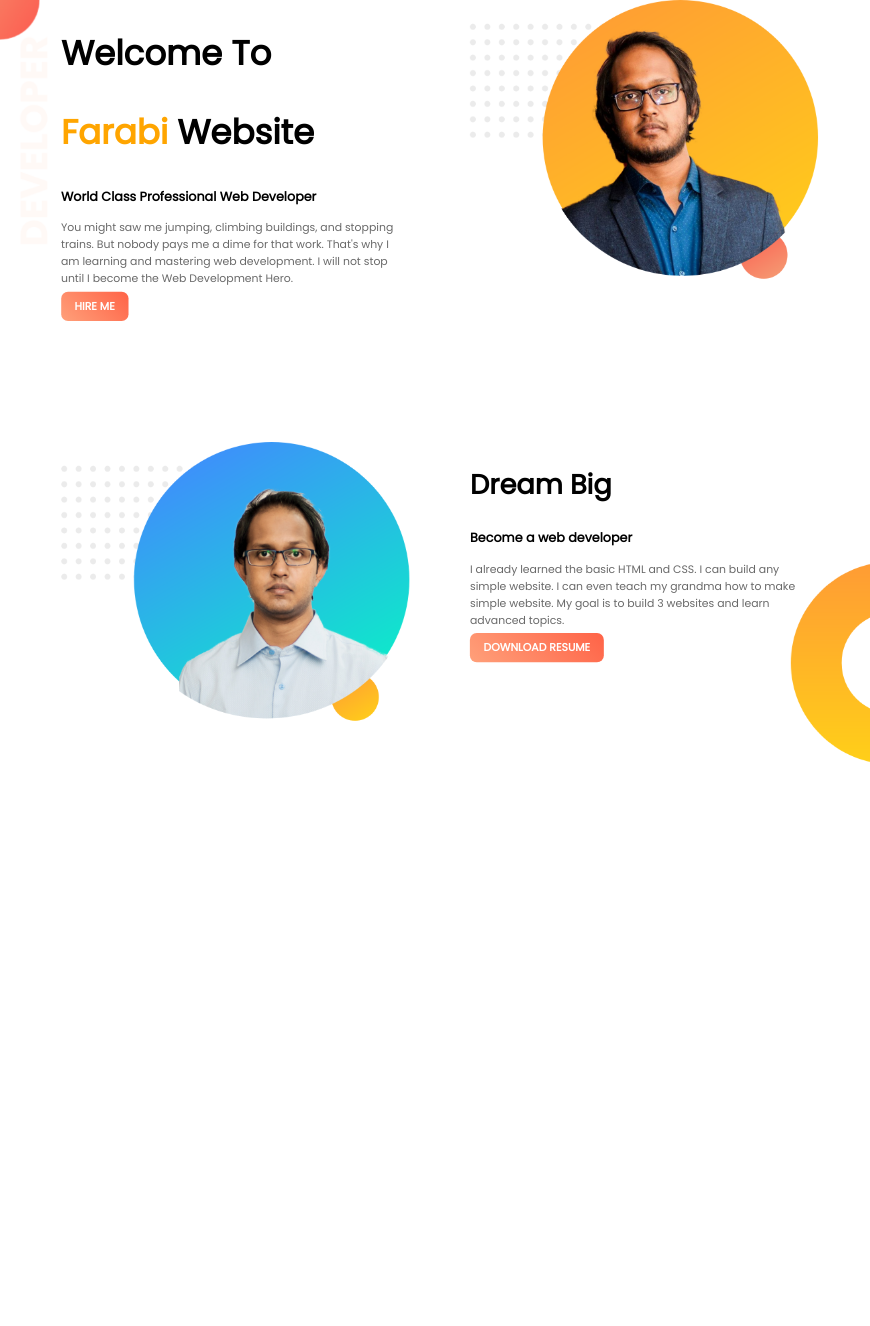
Repository: mohsinfarabi/web-portfolio
Page: index.html
The author's editor kept a copy of each file at every save. The page is drawn from the files as they stood at one save, then again after the next save.
The browser window is 1280 px wide. The pictures show the whole page, at 68% of full size.

Above is the page before, as saved 2020-06-30 23:42:06.

After the next save:
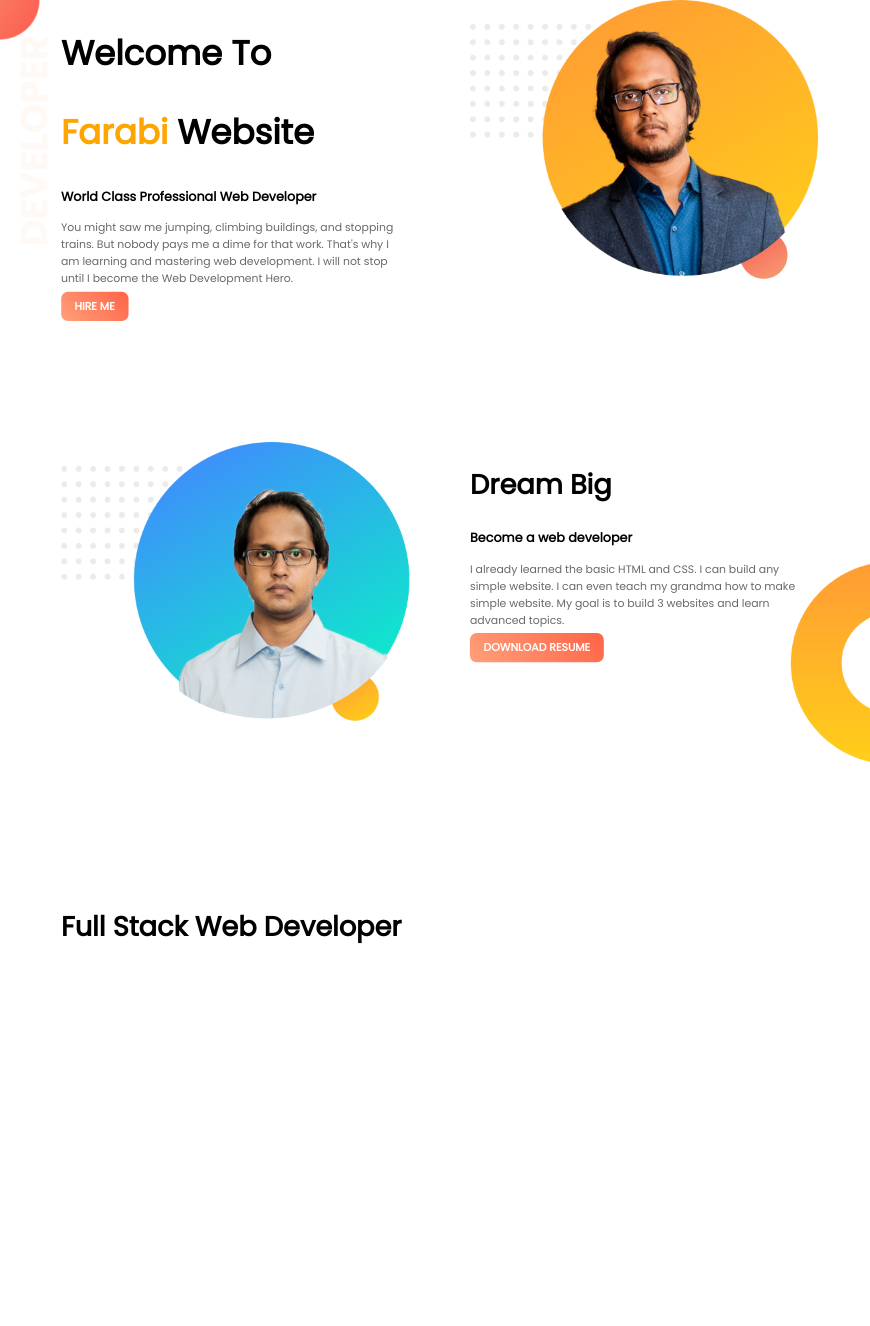
Saved 36 s later.
--- a/index.html
+++ b/index.html
@@ -36,7 +36,7 @@
     </section>
     <section class="experience-area">
         <div class="half-width">
-
+            <h2>Full Stack Web Developer</h2>
         </div>
         <div class="half-width">
 
